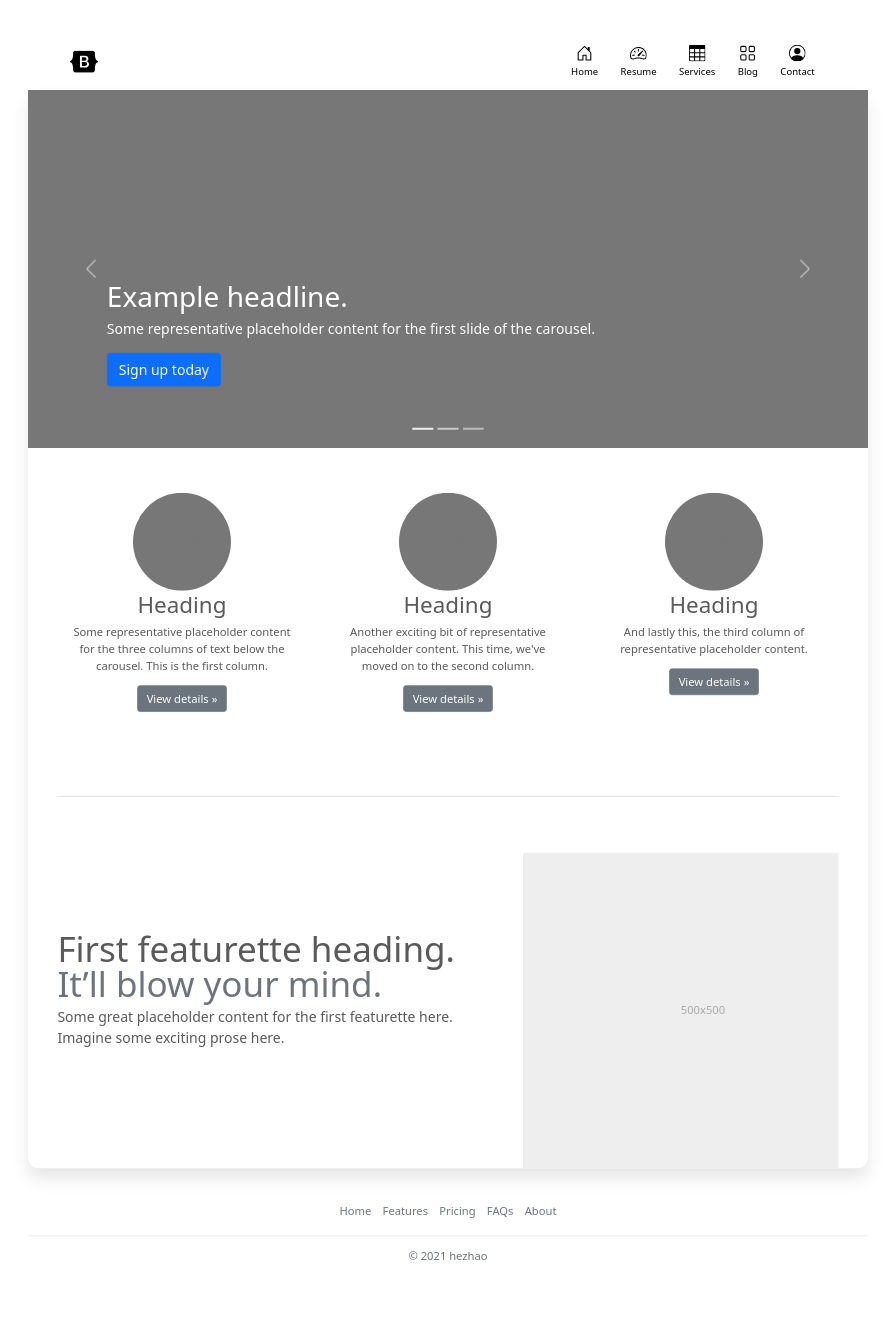
Repository: HeZhao-hugh/personal-web
Page: index.html
An editor plug-in stored every save of this project. The page is shown before and after the next save, followed by the edit.
The browser window is 1280 px wide. The pictures show the whole page, at 70% of full size.

Above is the page before, as saved 2022-01-19 18:21:36.

After the next save:
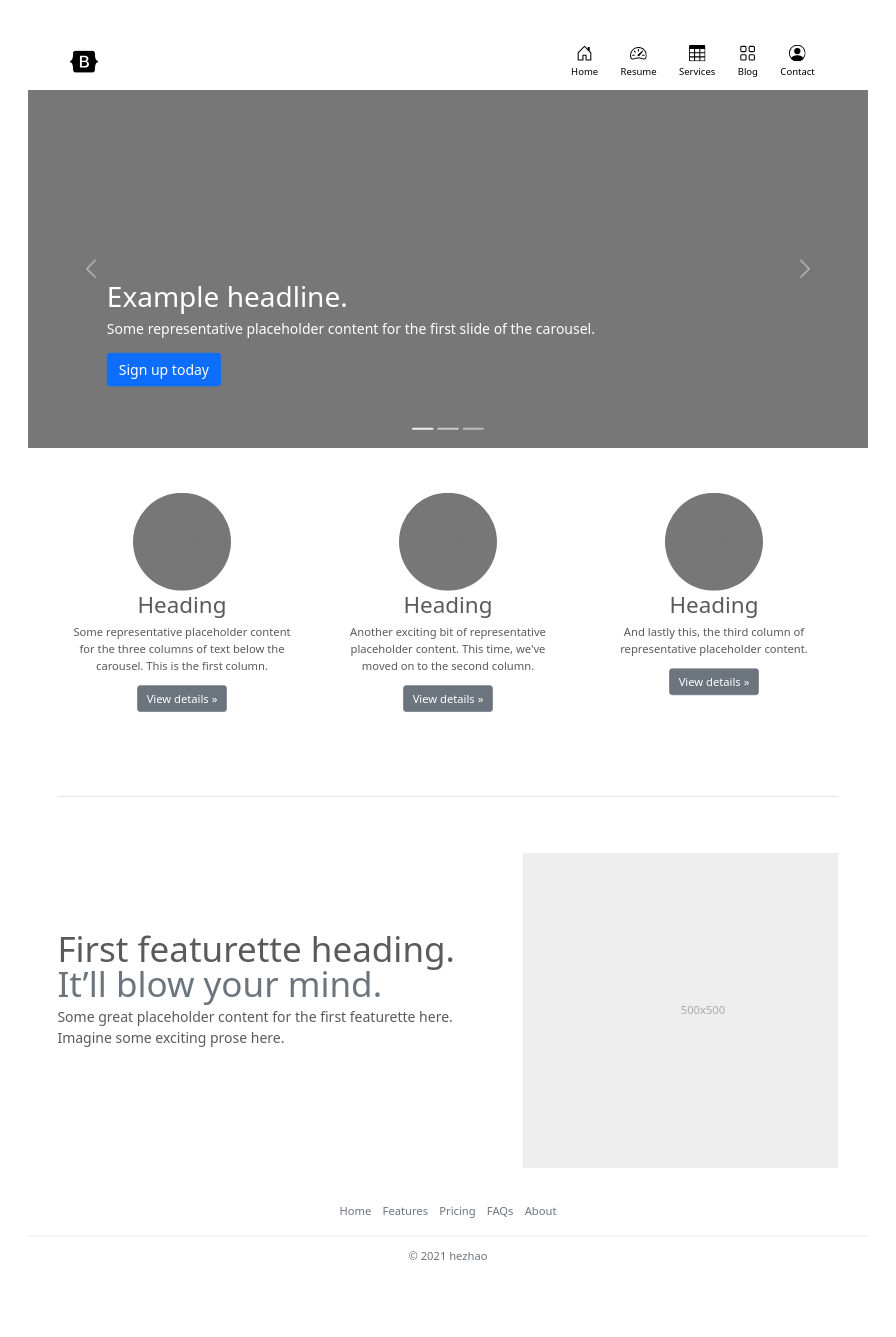
Saved 23 s later.
--- a/style.css
+++ b/style.css
@@ -30,7 +30,7 @@
 
   .page {
     display: none;
-    position: absolute;
+    /* position: absolute;
     top: 0;
     left: 0;
     right: 0;
@@ -39,7 +39,7 @@
     border-radius: 16px;
     background: white;
     transition: visibility 0.3s, opacity 0.3s ease-in-out;
-    box-shadow: 0px 15px 25px 0px rgba(0,0,0,0.1);
+    box-shadow: 0px 15px 25px 0px rgba(0,0,0,0.1); */
   }
   .page--active {
     display: block;
